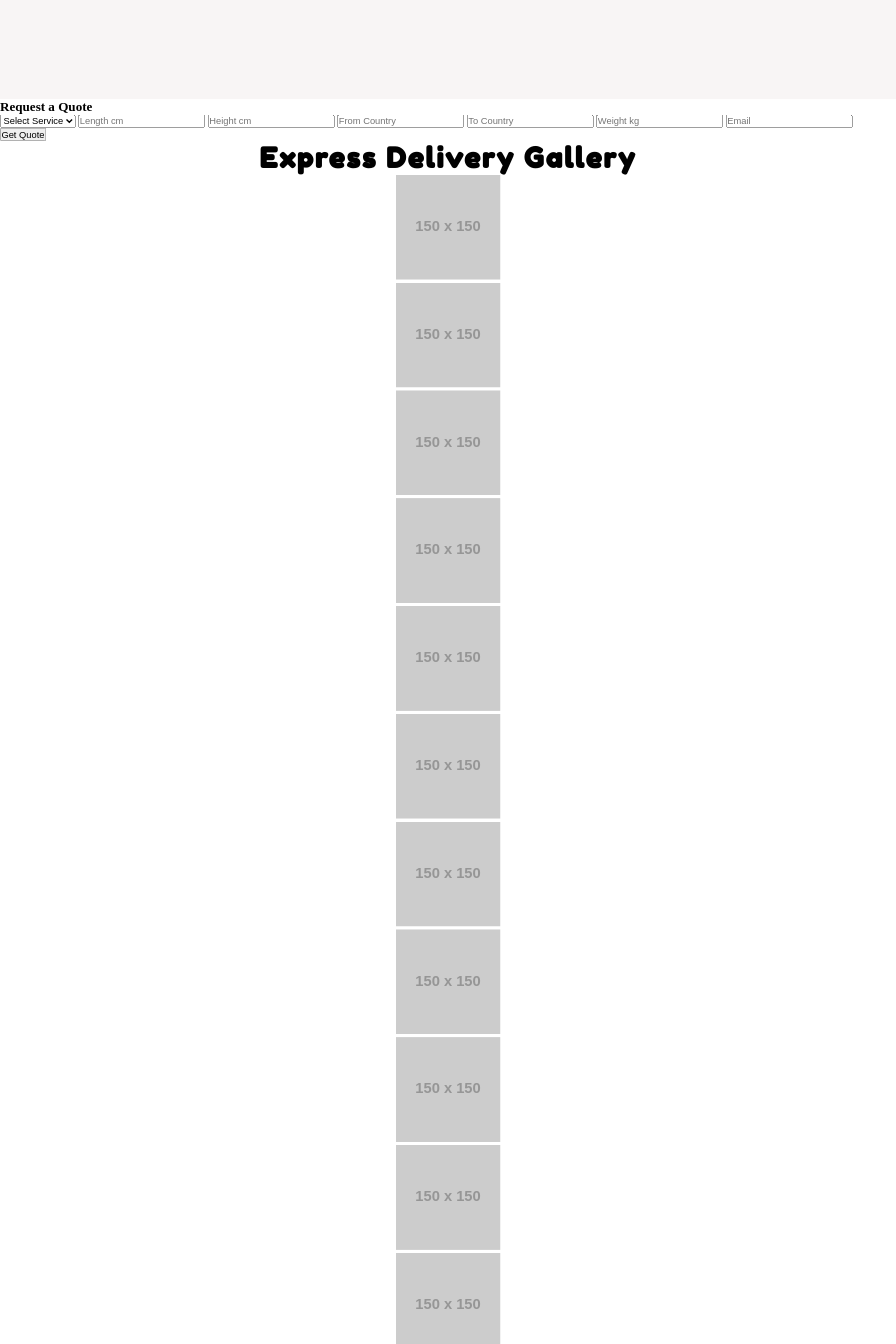
Repository: just-mann/express-delivery
Page: index.html
An editor plug-in stored every save of this project. The page is shown before and after the next save, followed by the edit.
The browser window is 1280 px wide. The pictures show the part of the page from y = 1301 to 3221 px (the page is 3565 px tall before and 2873 px after), at 70% of full size.
The style sheet was rebuilt from its Sass, Less or Tailwind sources for each picture, by a compiler version that may differ from the author's.

Above is the page before, as saved 2021-06-30 15:41:03.

After the next save:
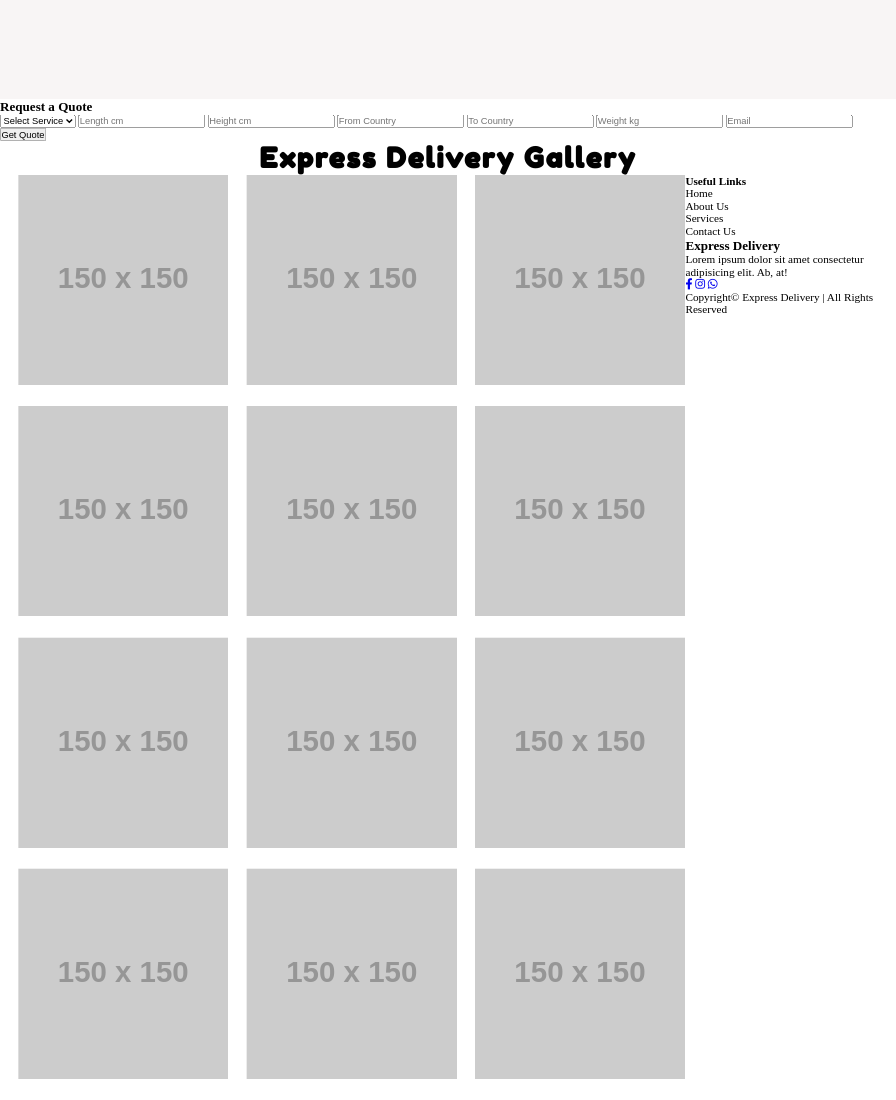
Saved 28 s later.
--- a/Sass/style.scss
+++ b/Sass/style.scss
@@ -233,7 +233,7 @@
     }
 
     .gallery__div {
-        .gallery__div li {
+        li {
             @include grid(4, 2%);
 
             img {

After the save that followed:
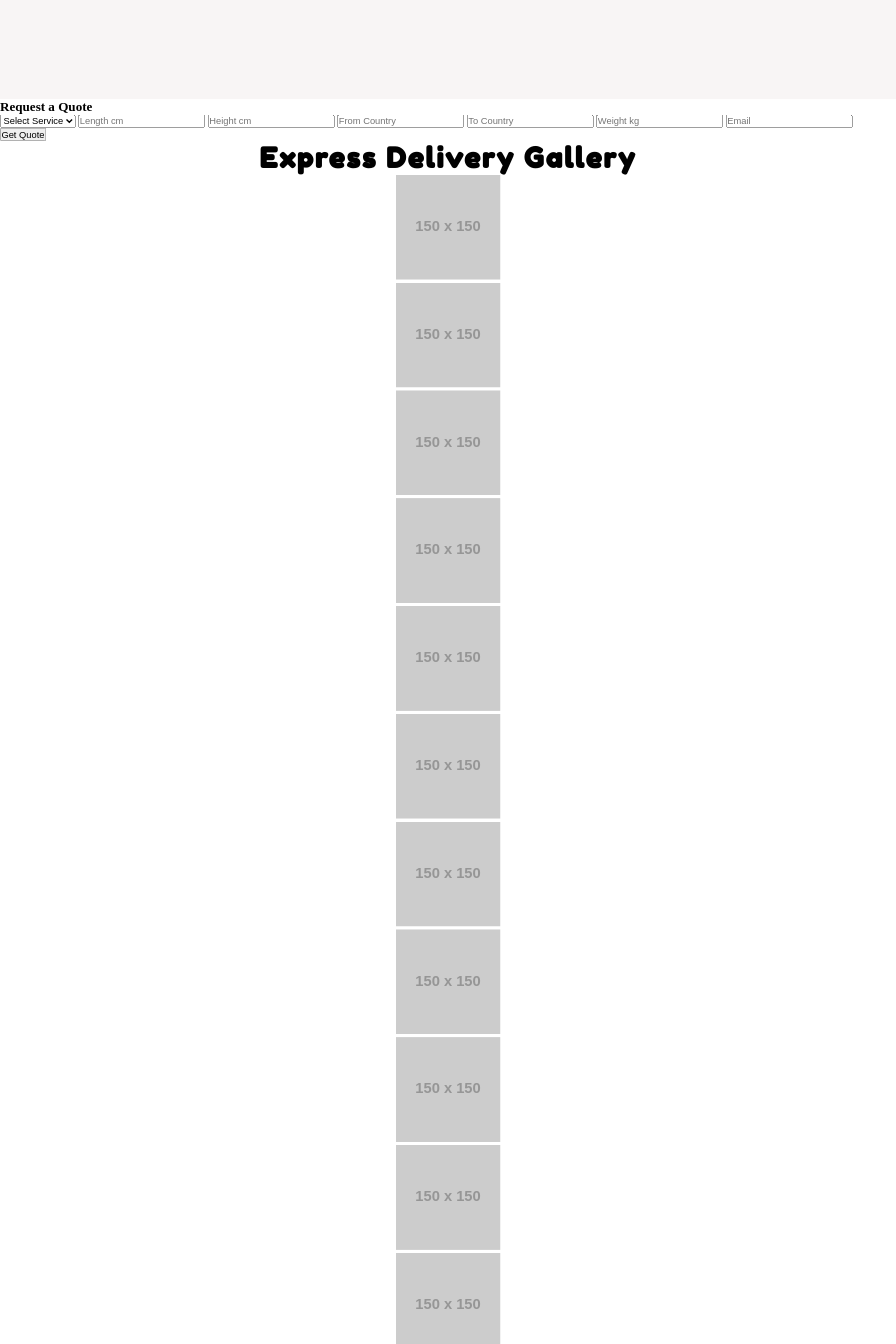
Saved 5 s later.
--- a/Sass/style.scss
+++ b/Sass/style.scss
@@ -233,7 +233,7 @@
     }
 
     .gallery__div {
-        li {
+        .gallery__div li {
             @include grid(4, 2%);
 
             img {
